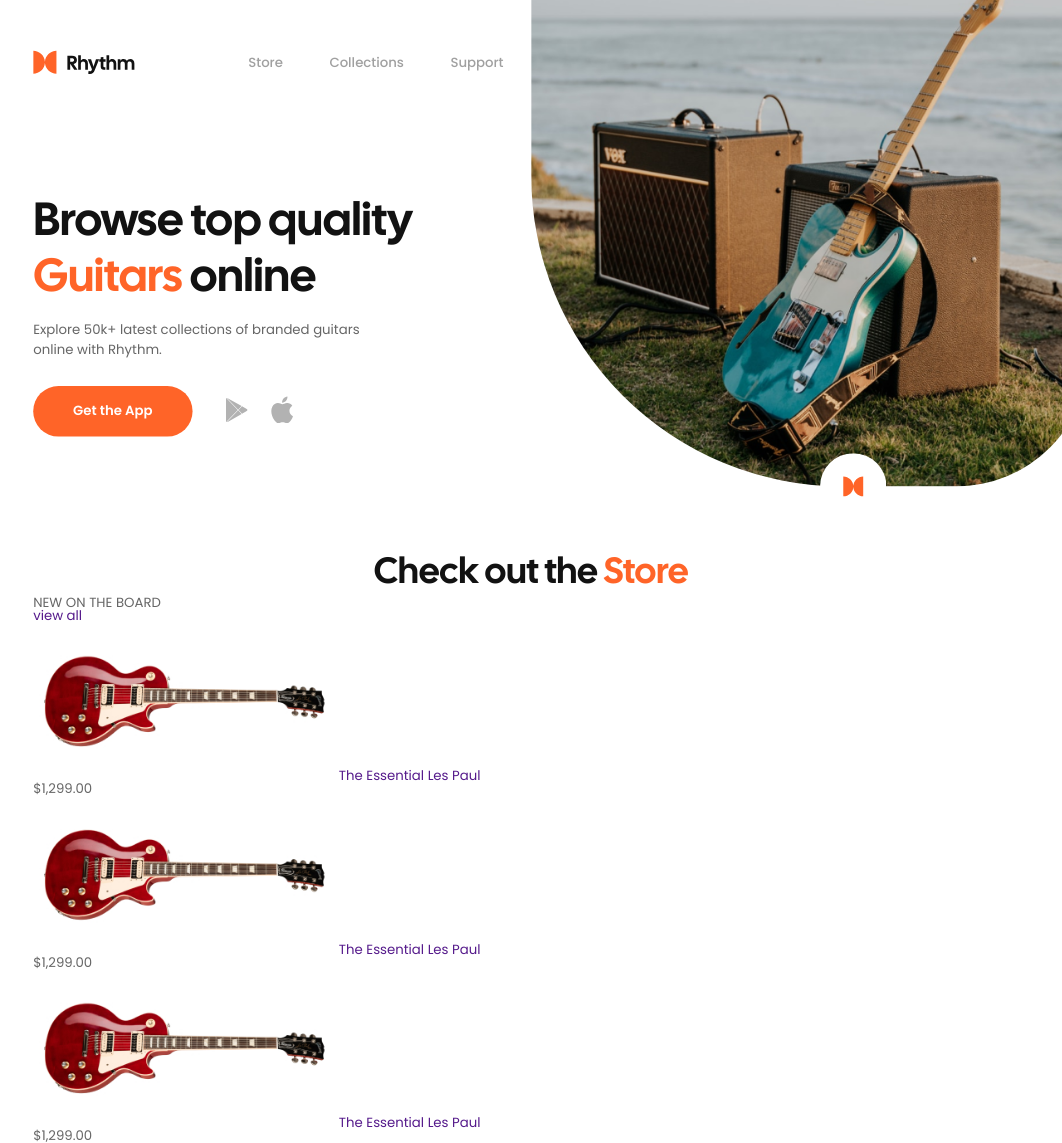
Repository: Ed-Lubenets/website_guitar
Page: index.html
The author's editor kept a copy of each file at every save. The page is drawn from the files as they stood at one save, then again after the next save.
The browser window is 1280 px wide. The pictures show the whole page, at 83% of full size.

Above is the page before, as saved 2023-01-03 20:45:17.

### index.html
<!DOCTYPE html>
<html lang="en">
<head>
    <meta charset="UTF-8">
    <meta http-equiv="X-UA-Compatible" content="IE=edge">
    <meta name="viewport" content="width=device-width, initial-scale=1.0">
    <link rel="stylesheet" href="./style/style.css">
    <title>guitar-site</title>
</head>
<body>
    <div class="wrapper">
        <header class="header">
            <div class="header__container">
                <a href="" class="header__logo"><img src="./img/logo.svg" alt="Logo"></a>
                <nav class="header__menu menu">
                    <ul class="menu__list">
                        <li class="menu__item">
                            <a href="#" class="menu__link">Store</a>
                        </li>
                        <li class="menu__item">
                            <a href="#" class="menu__link">Collections</a>
                        </li>
                        <li class="menu__item">
                            <a href="#" class="menu__link">Support</a>
                        </li>
                    </ul>
                </nav>
            </div>
        </header>
        <main class="page">
            <section class="page__main main">
                <div class="main__container">
                    <div class="main__content">
                        <h1 class="main__title">Browse top quality <span>Guitars</span> online</h1>
                        <p class="main__text">Explore 50k+ latest collections of branded guitars online with Rhythm.</p>
                        <div class="main__actions actions-main">
                            <a href="#" class="actions-main__button">Get the App</a>
                            <div class="actions-main__icon"> <img src="./img/main/google.svg" alt="google icon"> </div>
                            <div class="actions-main__icon"> <img src="./img/main/apple.svg" alt="apple icon"> </div>
                        </div>
                    </div>
                    <div class="main__decor">
                        <div class="main__image">
                            <img src="./img/main/main-decor.png" alt="Main Decor">
                        </div>
                    </div>
                </div>
            </section>
            <section class="page__store store">
                <div class="store__container">
                    <h2 class="store__title title">
                        Check out the <span>Store</span>
                    </h2>
                    <div class="store__body body-store">
                        <div class="body-store__header">
                            <div class="body-store__title">NEW ON THE BOARD</div>
                            <a href="" class="body-store__all">view all</a>
                        </div>
                        <div class="body-store__items">
                            <div class="body-store_item">
                                <a href="" class="item__image"><img src="./img/store/01.jpg" alt="guitar images"></a>
                                <a href="" class="item__title">The Essential Les Paul</a>
                                <div class="item__price">$1,299.00</div>
                            </div>
                            <div class="body-store_item">
                                <a href="" class="item__image"><img src="./img/store/01.jpg" alt="guitar images"></a>
                                <a href="" class="item__title">The Essential Les Paul</a>
                                <div class="item__price">$1,299.00</div>
                            </div>
                            <div class="body-store_item">
                                <a href="" class="item__image"><img src="./img/store/01.jpg" alt="guitar images"></a>
                                <a href="" class="item__title">The Essential Les Paul</a>
                                <div class="item__price">$1,299.00</div>
                            </div>
                        </div>
                    </div>
                </div>
            </section>
        </main>
        <footer class="footer"></footer>
    </div>
</body>
</html>

### style/style.css
@import url(https://fonts.googleapis.com/css?family=Poppins:regular,500,600&display=swap); /*from googlefonts*/
@font-face {                                                                               /*from folder*/
    font-family: CalSans;
    font-display: swap;
    src: url(../fonts/CalSans-SemiBold.woff2) format('woff2'), url(../fonts/CalSans-SemiBold.woff) format('woff');
    font-weight: 400;
    font-style: normal;
}

*, *::before, *::after {
margin: 0;
padding: 0;
border: 0;
box-sizing: border-box;
}
html, body{
    height: 100%;
    min-width: 320px;
}
body{
    line-height: 1;
    font-family: Poppins;
    /* font-size: 16px; ---- фон по умолчанию в бразере, поэтому в комменте, был бы другой(14,17 и т.д.) тогда вписывал бы в св-во body*/
    color: #666666;
}
a{
    text-decoration: none;
}
li{
    list-style: none;
}

.wrapper{
    overflow: hidden; /*отменяем горизонтальный скролл. Важно.*/
    min-height: 100%;
    display: flex;
    flex-direction: column;
}
/* ------------------------------------------------------------------------------------------- */

.title{
    font-family: CalSans;
    color: #121212;
    font-size: 44px;
    line-height: 1.2;
    text-align: center;
}
.title span{
    color: #FF6428;
}

/* ------------------------------------------------------------------------------------------- */
.page{
    flex: 1 1 auto; /* разрешаем main увеличиваться, что бы футер прижался к низу экрана */
}
.page__main {
}

/* ------------------------------------------------------------------------------------------- */
[class*="__container"]{ /*стиль для всех классов с "..__container"*/
    max-width: 1230px;
    margin: 0 auto;
    padding: 0px 15px;
}

/* ________________________________________________________HEADER____________________________________________________________________________________________________ */
.header {
    position: absolute;
    top: 0;
    left: 0;
    width: 100%;
    z-index: 50;
}
.header__container {
    padding-top: 5px;
    padding-bottom: 5px;
    display: flex;
    gap: 131px; /*отступы через gap плохо поддерживаются в старых safary iOS*/
    align-items: center;
    min-height: 152px;
}
.header__logo {}
.header__menu {}

.menu {
    padding: 10px 5px;
    border-radius: 5px;
    background-color: rgba(255, 255, 255, 0.8);
}
.menu__list {
    display: flex;
    column-gap: 56px;
    row-gap: 10px;
    flex-wrap: wrap;
}
.menu__item {}
.menu__link {
    color: rgba(18, 18, 18, 0.4);
    font-weight: 500;
}
.menu__link:hover,
.menu__link:focus{
    text-decoration: underline;
}

@media (max-width: 1092px){
    .header__container{
        gap: 50px;
        min-height: 100px;
    }
    .menu__list{
        column-gap: 40px;
    }
}
@media (max-width: 767.98px){
    .header__container{
        min-height: 65px;
    }
}
@media (max-width: 479.98px){
    .header__container{
        gap: 15px;
    }
    .menu{
        padding: 0;
    }
    .menu__list{
        column-gap: 20px;
    }
    .header__logo { /*убираем часть логотипа, больше места*/
        width: 28px;
        flex: 0 0 28px;
        overflow: hidden;
    }
}
/* --------------------------------------------------------------------PAGE------------------------------------------------------- */

.main {
    padding-bottom: 80px;
}
.main__container {
    display: flex;
}
.main__content {
    flex: 0 1 50%;  /*content и decor делаем по половине*/
    align-self: flex-end; /*прижал контент блока к низу*/
    padding-top: 120px; /*отступ безопасности для адаптива и возможности увеличения текста без заезда под шапку*/
    padding-bottom: 60px;
    padding-right: 20px;
}
.main__title {
    font-family: 'CalSans';
    font-size: 56px;
    line-height: 1.2;
    color: #121212;
}
.main__title span{
    color: #FF6428;
}
.main__title:not(:last-child){ /*добавление отступа всем элементам только если он(элемент) не последний*/
    margin-bottom: 16px;
}
.main__text {
    line-height: 24px;
    font-weight: 500px;
    max-width: 420px;
}
.main__text:not(:last-child){ /*добавление отступа всем элементам только если он(элемент) не последний*/
    margin-bottom: 31px;
}
.main__actions {}

.actions-main {
    display: flex;
    align-items: center;
}
.actions-main__button {
    text-align: center;
    padding: 18.5px 48px;
    background-color: #FF6428;
    border-radius: 40px;
    color: #FFFFFF;
    font-weight: 600;
    line-height: 24px;
    transition: all 0.3s ease 0s;
}
.actions-main__button:hover,
.actions-main__button:focus{
    background-color: #db4c14;
}
.actions-main__button:not(:last-child){ /*добавление отступа всем элементам только если он(элемент) не последний*/
    margin-right: 40px;
}
.actions-main__icon {}

.actions-main__icon:not(:last-child){ /*добавление отступа всем элементам только если он(элемент) не последний*/
    margin-right: 27px;
}
.main__decor {
    flex: 0 1 50%; /*content и decor делаем по половине*/
}
.main__image {
    position: relative;
    margin-right: -135px; /*135 из-за отступа 15px в начальных стилях*/
    padding-bottom: 97.6%; /*586/600*100%=96.6*/
    max-width: 672px;
}
.main__image img{
    border-radius: 0 0 160px 375px; /*возможность добавления прямоугольных изображений*/
    position: absolute;width: 100%;height: 100%;top: 0;left: 0;
    object-fit: cover;
}
.main__image::after{
    content: '';
    background: url(../img/main/decor.svg) 0 0 no-repeat;
    width: 80px;
    height: 80px;
    right: 36.3%; /*244\672= 0.3630*100=36.3 делим расстояние от края до объекта на размер фонового объекта. Процент- процент сдвига декора*/
    bottom: 0;
    transform: translate(0, 50%);
    position: absolute;
}

@media (max-width: 1092px){
    .main__image img{
        width: 100%;
    }
    .main__content {
        flex: 0 0 60%;
        padding-bottom: 0;
    }
    .main__decor {
        flex: 0 0 40%;
    }
}
@media (max-width: 767.98px){
    .main__content{
        flex: 1 1 100%;
        padding-right: 0;
        padding-top: 80px;
    }
    .main__title{
        font-style: 44px;
    }
    .main__decor{
        display: none;
    }
}
@media (max-width: 479.98px){
    .actions-main {
        flex-wrap: wrap;
        justify-content: center;
    }
    .actions-main__button{
        flex: 1 1 100%;
    }
    .actions-main__button:not(:last-child){ /*добавление отступа всем элементам только если он(элемент) не последний*/
        margin-right: 0px;
        margin-bottom: 15px;
    }
}
/* --------------------------------------------------------------------STORE------------------------------------------------------- */

After the next save:
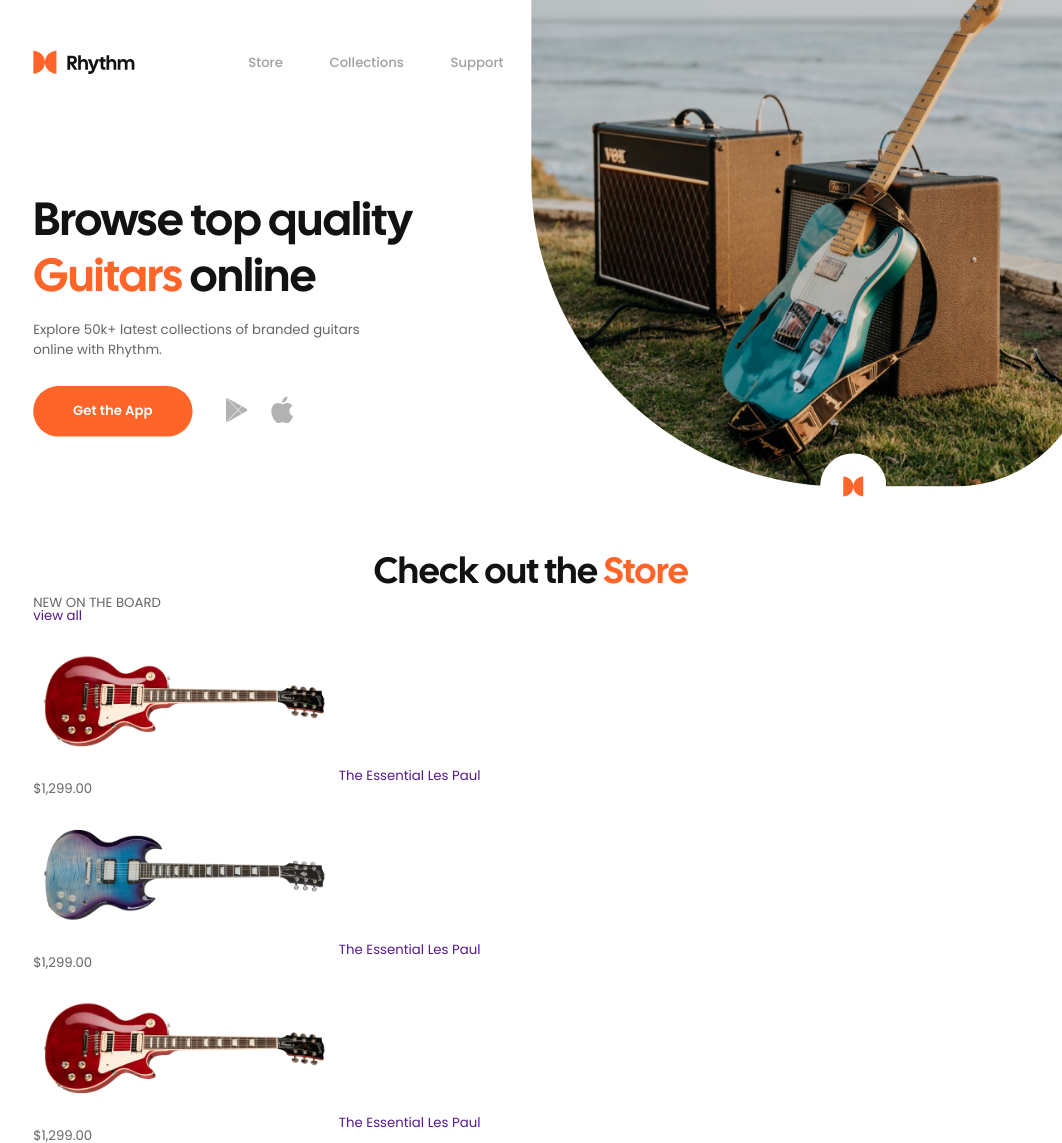
Saved 5 s later.
--- a/index.html
+++ b/index.html
@@ -63,7 +63,7 @@
                                 <div class="item__price">$1,299.00</div>
                             </div>
                             <div class="body-store_item">
-                                <a href="" class="item__image"><img src="./img/store/01.jpg" alt="guitar images"></a>
+                                <a href="" class="item__image"><img src="./img/store/02.jpg" alt="guitar images"></a>
                                 <a href="" class="item__title">The Essential Les Paul</a>
                                 <div class="item__price">$1,299.00</div>
                             </div>
